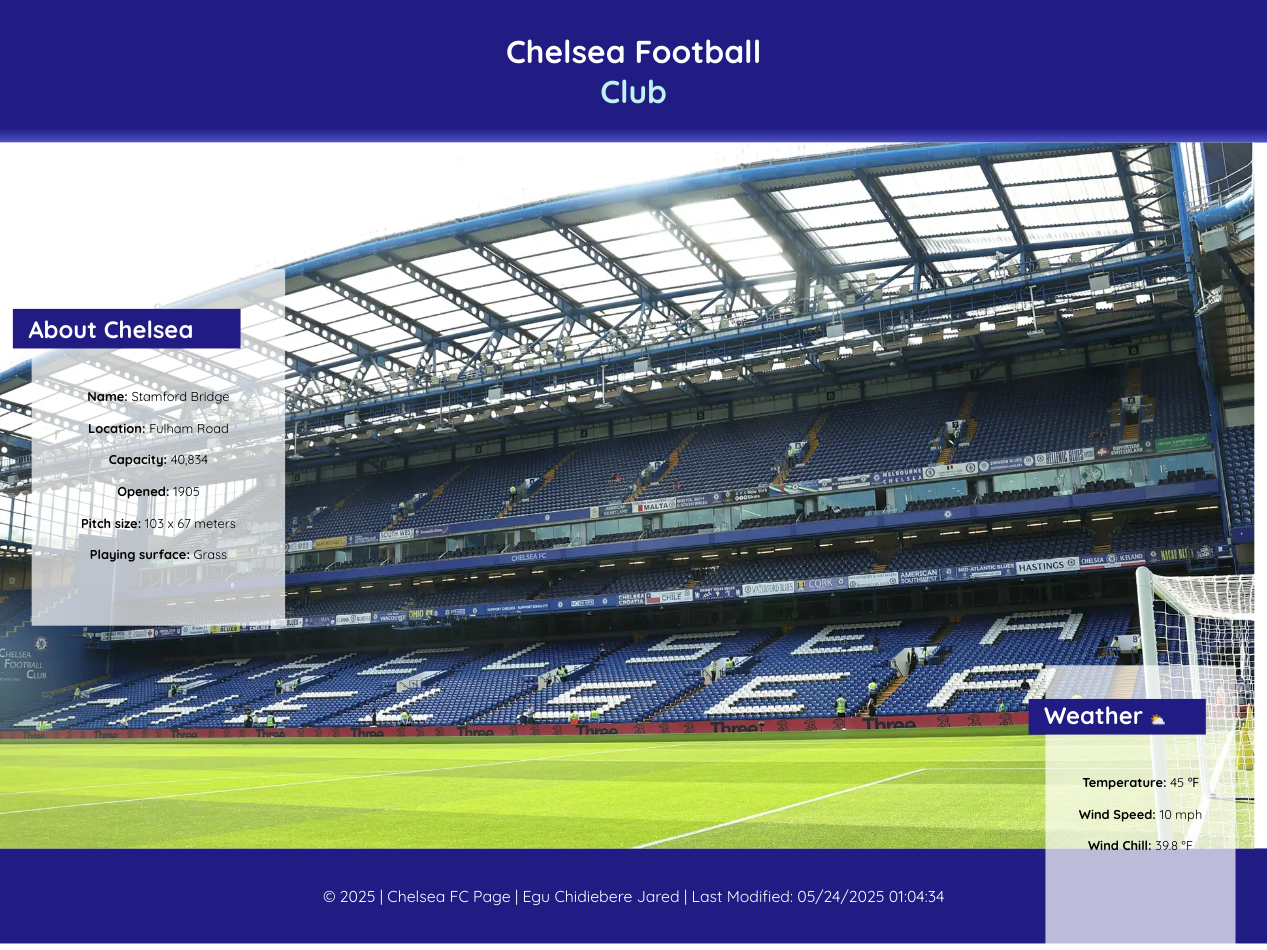
Repository: EguJaredoBoyd/wdd131
Page: place.html
These files come from the project's save history. The page is drawn as it stood at one moment and after the next save; the edit follows.
The browser window is 1280 px wide. The pictures show the whole page, at 99% of full size.
Some web libraries are served in a nearby version.

Above is the page before, as saved 2025-05-26 21:49:51.

After the next save:
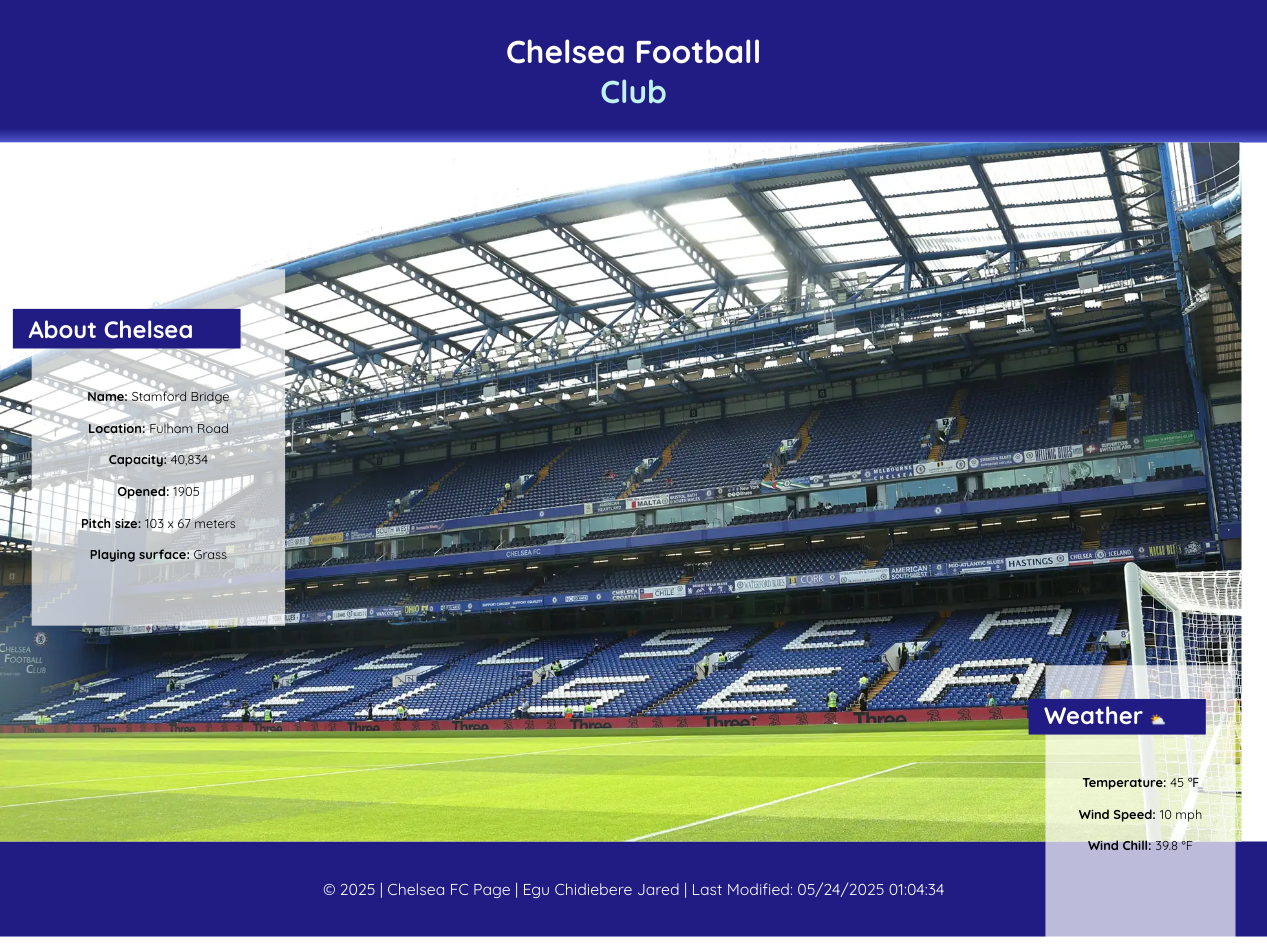
Saved 15 s later.
--- a/styles/place.css
+++ b/styles/place.css
@@ -38,7 +38,7 @@
     width: 100vw;
     height: auto;
     display: block;
-    max-width: 99vw;
+    max-width: 98vw;
 }
 .info, .weather{
     display: flex;
